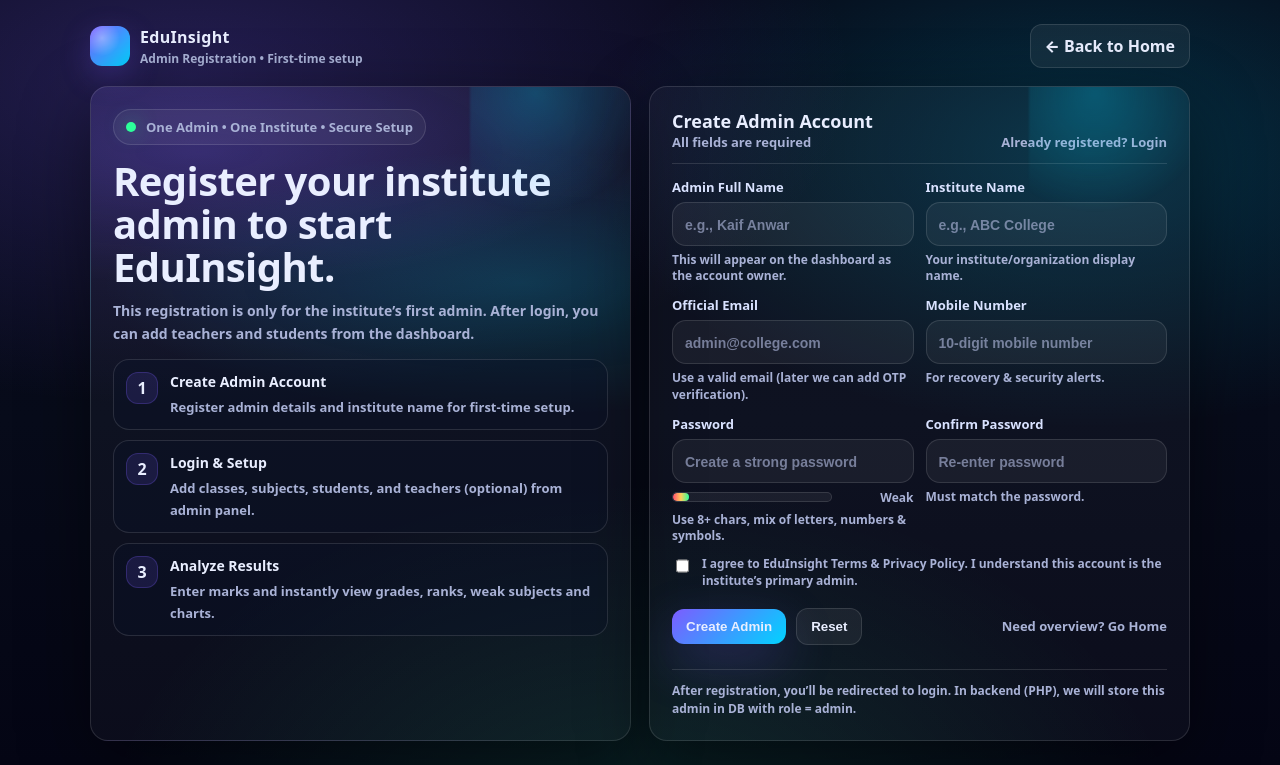
Repository: Kaifclash/EduInsight
Page: register.html
The author's editor kept a copy of each file at every save. The page is drawn from the files as they stood at one save, then again after the next save.
The browser window is 1280 px wide. The pictures show the whole page.

Above is the page before, as saved 2026-02-05 14:55:50.

After the next save:
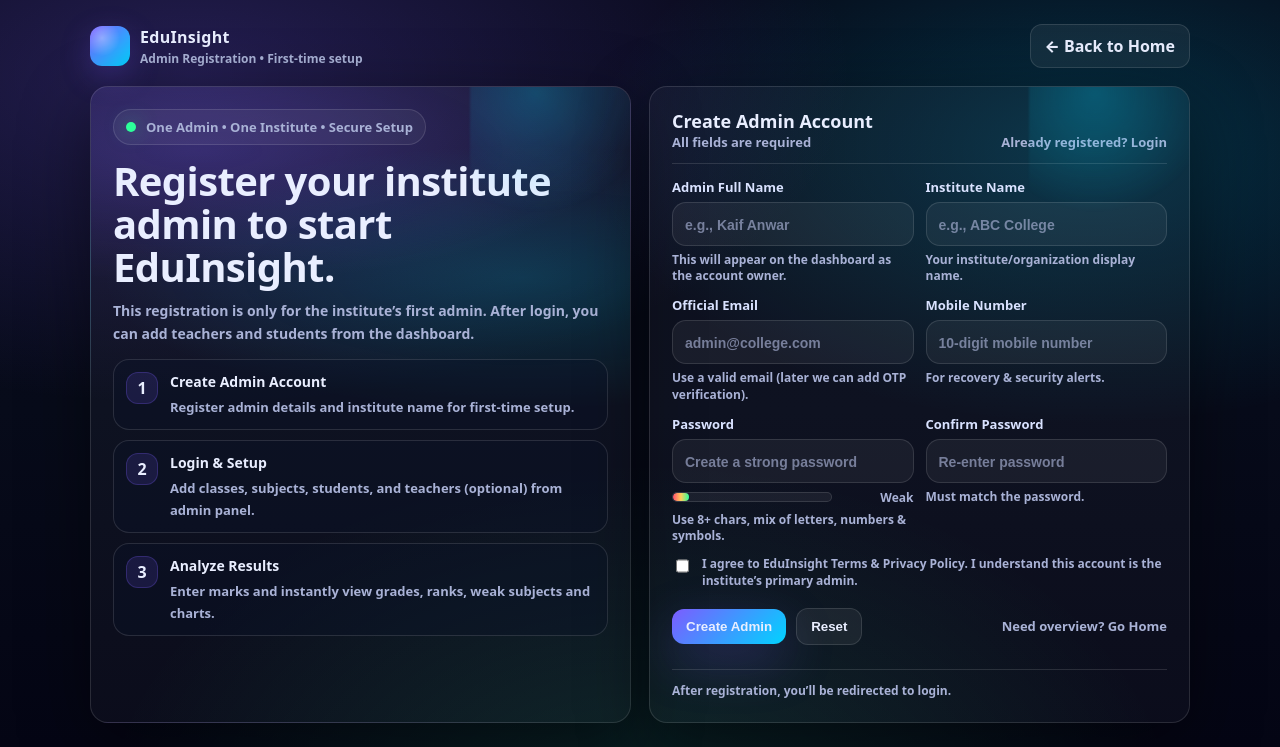
Saved 65 s later.
--- a/register.html
+++ b/register.html
@@ -501,7 +501,7 @@
           </div>
 
           <div class="footer-note">
-            After registration, you’ll be redirected to login. In backend (PHP), we will store this admin in DB with role = <b>admin</b>.
+            After registration, you’ll be redirected to login.
           </div>
         </form>
       </section>
